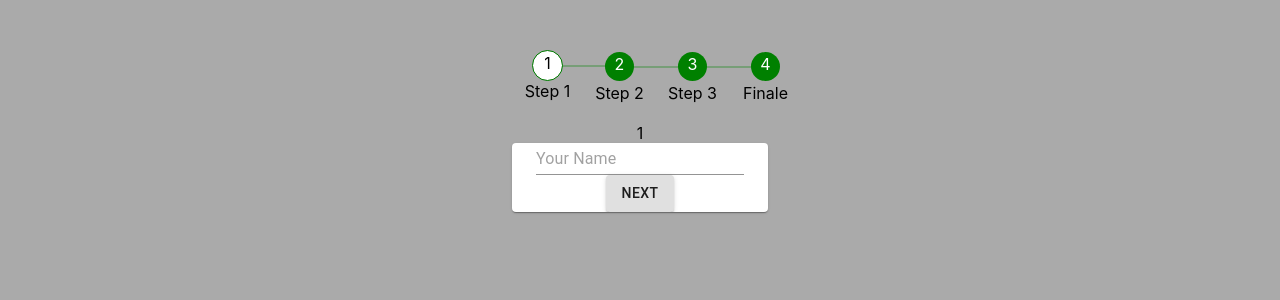
Repository: SD-Mdouka/project_step
Page: /
The author's editor kept a copy of each file at every save. The page is drawn from the files as they stood at one save, then again after the next save.
The browser window is 1280 px wide. The pictures show the whole page.
The project was rebuilt for these pictures with package versions that can differ from the ones it lists, and the page was loaded fresh each time.

Above is the page before, as saved 2022-09-05 15:58:04.

After the next save:
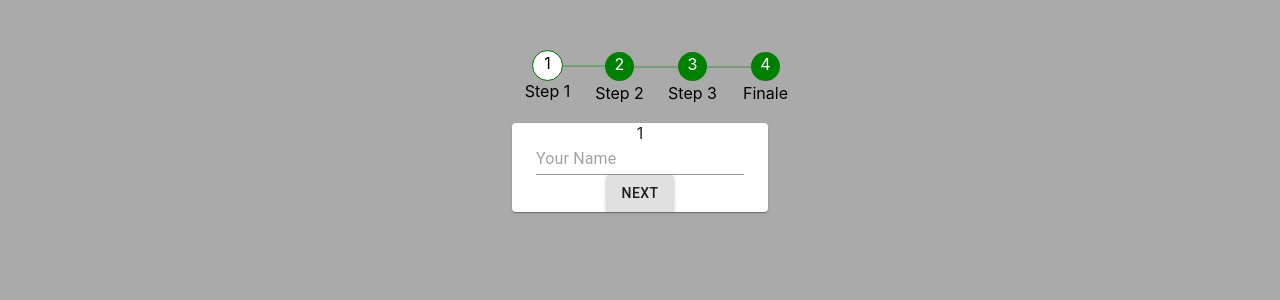
Saved 104 s later.
--- a/src/App.js
+++ b/src/App.js
@@ -5,9 +5,9 @@ import * as Yup from "yup";
 import "./App.css";
 
 function App({ currentSteps }) {
+  const [state, setstate] = useState(currentSteps);
   return (
     <div className="App">
-      {currentSteps}
       <Card>
         <Container>
           <Formik
@@ -37,7 +37,7 @@ function App({ currentSteps }) {
               /* and other goodies */
             }) => (
               <Form onSubmit={handleSubmit}>
-                {currentSteps}
+                {state}
                 <FormStps
                   isSubmitting={isSubmitting}
                   validateField={validateField}
